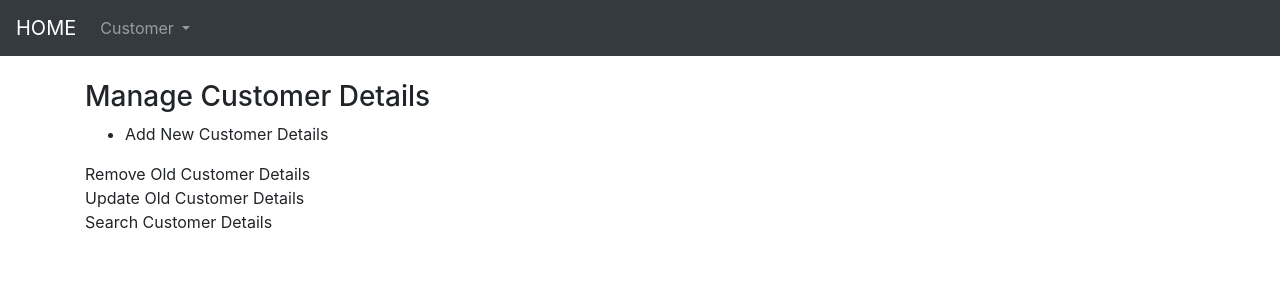
Repository: ParamMalik/Project-1
Page: http://localhost/projectcustomer/
These files come from the project's save history. The page is drawn as it stood at one moment and after the next save; the edit follows.
The browser window is 1280 px wide. The pictures show the whole page.
The page is served by Tomcat 9.

Above is the page before, as saved 2021-12-04 11:35:24.

After the next save:
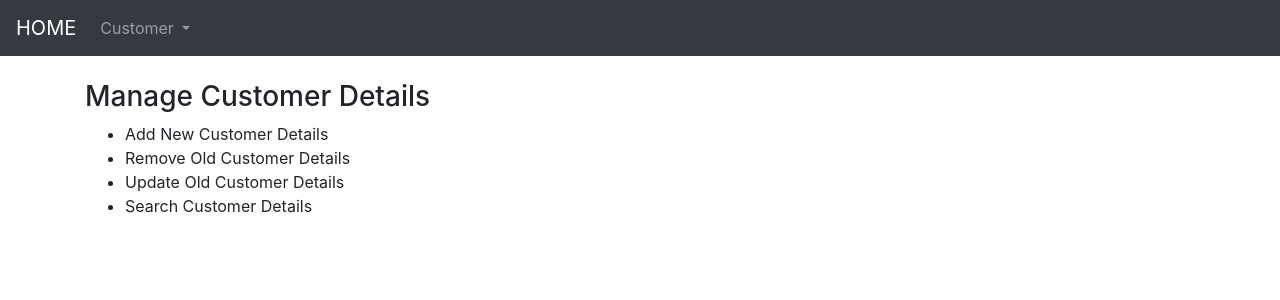
Saved 61 s later.
--- a/Trantor Project 1/projectcustomer/src/main/webapp/index.jsp
+++ b/Trantor Project 1/projectcustomer/src/main/webapp/index.jsp
@@ -16,7 +16,8 @@
 <body>
 	<form action="welcome">
 
-		<nav class="navbar navbar-expand-sm bg-dark navbar-dark" style="background: #1abc9c">
+		<nav class="navbar navbar-expand-sm bg-dark navbar-dark"
+			style="background: #1abc9c">
 			<!-- Brand -->
 			<a class="navbar-brand" href="welcome">HOME</a>
 
@@ -41,21 +42,15 @@
 		<div class="container">
 			<h3>Manage Customer Details</h3>
 			<ul>
-			<li>
-			<div>Add New Customer Details
-			</div>
-			</li>
+				<li>Add New Customer Details</li>
+				<li>Remove Old Customer Details</li>
+				<li>Update Old Customer Details</li>
+				<li>Search Customer Details</li>
 
 
 
 			</ul>
 
-			<div>Remove Old Customer Details
-			</div>
-			<div>Update Old  Customer Details
-			</div>
-			<div>Search Customer Details
-			</div>
 		</div>
 
 
